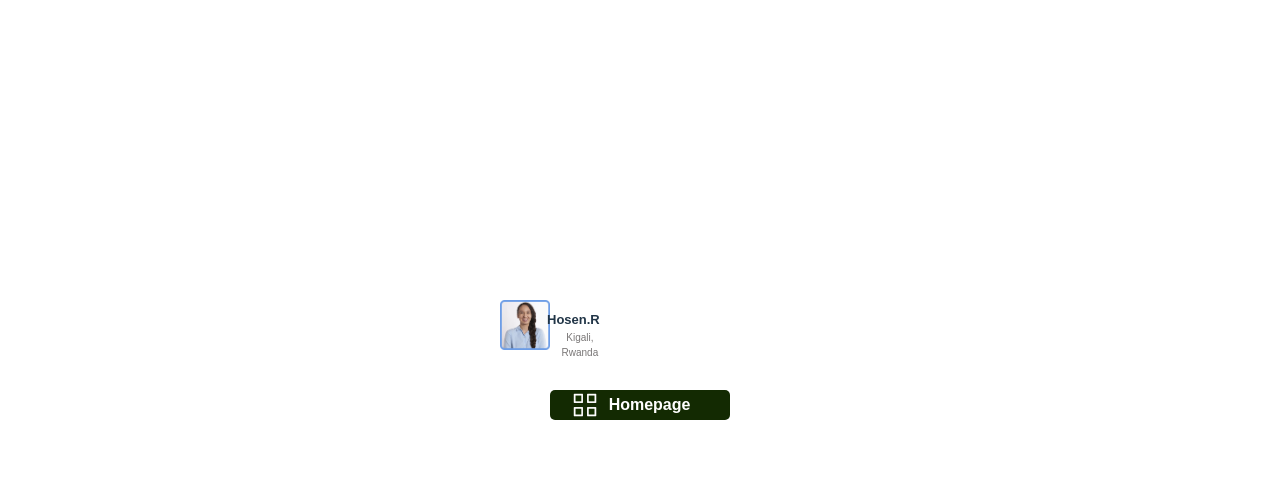
Repository: Auda-frontend/Kenshikeza
Page: /
The author's editor kept a copy of each file at every save. The page is drawn from the files as they stood at one save, then again after the next save.
The browser window is 1280 px wide. The pictures show the whole page.
The project was rebuilt for these pictures with package versions that can differ from the ones it lists, and the page was loaded fresh each time. Also part of the build but not shown: vite.config.js.

Above is the page before, as saved 2024-01-25 09:47:35.

### src/App.jsx
import './App.css'
import SideBar from './Components/SideBar'

function App() {
  return (
    <div>
      <SideBar />
    </div>
  )
}

export default App

### src/Components/SideBar.jsx
import React from "react";
import Profile from "../assets/Rectangle 79.png";
import './SideBar.css';
import HomeIcon from "../assets/ep_menu.png";

function SideBar() {
  return (
    <div className="container">
    <div className="leftSide">
<div className="profile">
      <img src={Profile} alt="Profile photo" className="profilePhoto" />
      <div className="desc">
      <h2 className="names">Hosen.R</h2>
      <p>Kigali, Rwanda</p>
      </div>
      </div>
      <div className="homepage">
        <img src={HomeIcon} alt="Menu icon" className="homeIcon" />
        <h2>Homepage</h2>
      </div>
    </div>
    </div>
  );
}

export default SideBar;

### src/Components/SideBar.css
*{
    margin: 0;
    padding: 0;
    box-sizing: border-box;
    font-family: sans-serif;
}
.container{
    padding: 0;
}
.leftSide{
    display: flex;
    max-width: 25%;
    max-height: 100%;
    flex-direction: column;
    gap: 30px;
}
.leftSide .profilePhoto{
    float: left;
    width: 50px;
    height: 50px;
    margin-left: -50px;
    margin-right: 10px;
}
.profile{
    display: flex;
    flex-direction: row;
}
.desc{
    display: table-column;
    align-items: center;
    padding-top: 10px;
    /* padding: 5px;
    background-color: aqua; */
}
.desc .names{
    font-size: small;
    margin-left: -13px;
}
.desc p{
    font-size: x-small;
    color: rgb(121, 118, 118)
}
.homepage{
background-color: #132A02;
width: 180px;
height: 100p;
display: flex;
align-items: center;
border-radius: 5px;
justify-content: space-around;
}
.homepage .homeIcon{
    width: 30px;
    float: left;
    margin-left: -20px;
}
.homepage h2{
    color: white;
    font-size: medium;
    margin-left: -70px;
}

Loaded but not shown: index.html (common file); src/main.jsx (common file); src/index.css (common file); src/App.css (common file)

After the next save:
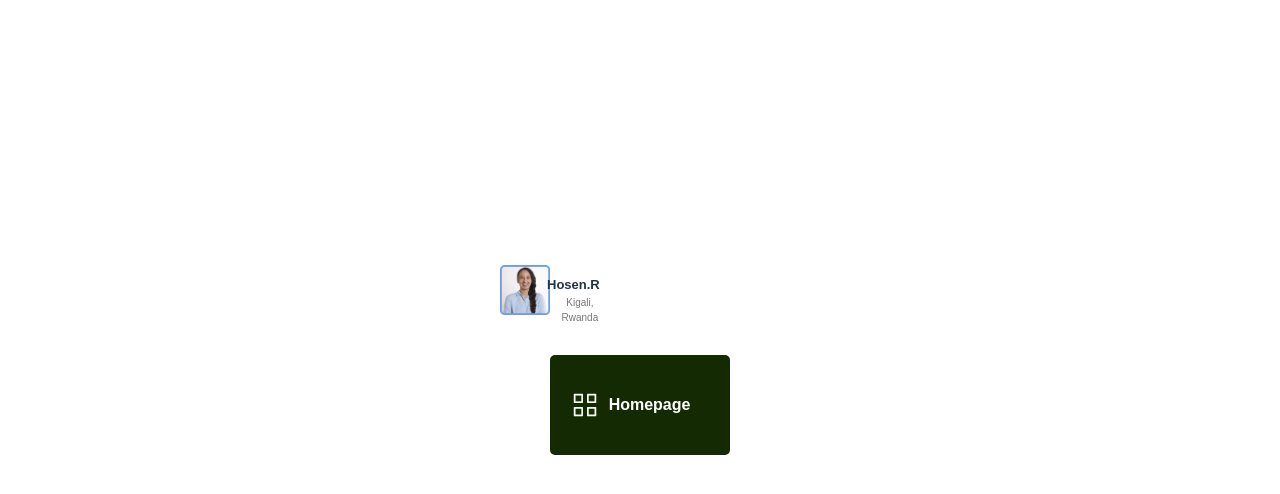
Saved 4 s later.
--- a/src/Components/SideBar.css
+++ b/src/Components/SideBar.css
@@ -43,7 +43,7 @@
 .homepage{
 background-color: #132A02;
 width: 180px;
-height: 100p;
+height: 100px;
 display: flex;
 align-items: center;
 border-radius: 5px;
